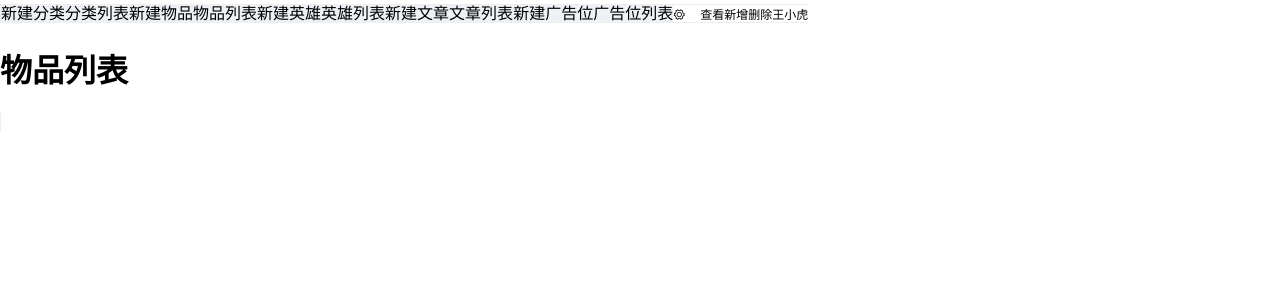
Repository: zqw980624/aaa
Page: /hero/list (app in admin/)
An editor plug-in stored every save of this project. The page is shown before and after the next save, followed by the edit.
The browser window is 1280 px wide. The pictures show the whole page.
The page's requests for data from a server got no answer. The project was rebuilt for these pictures with package versions that can differ from the ones it lists, and the page was loaded fresh each time. No one was signed in, and anything a server would have sent is missing. Also part of the build but not shown: admin/src/views/CategoryEditor.vue, admin/src/views/CategoryList.vue, admin/src/views/ItemEditor.vue, admin/src/views/ItemList.vue, admin/src/views/HeroEditor.vue, admin/src/views/ArticleEditor.vue, admin/src/views/ArticleList.vue, admin/src/views/AdsEditor.vue and 1 more. Imported but missing from the stored project, and not drawn on this page: admin/src/plugins/element.js.

Above is the page before, as saved 2020-03-09 22:26:48.

### admin/src/main.js
import Vue from 'vue';
import App from './App.vue';
import './plugins/element.js'
import router from './router'

Vue.config.productionTip = false;

import http from "./http"
Vue.prototype.$http = http

new Vue({
  router,
  render: (h) => h(App)
}).$mount('#app');

### admin/src/App.vue
<template>
  <div id="app">
   <router-view></router-view>
  </div>
</template>

<style>
  html,body{
    margin: 0;
    padding: 0;
  }
</style>

### admin/src/router/index.js
import Vue from 'vue'
import VueRouter from 'vue-router'
import Main from '../views/Main.vue'
import CategoryEditor from '../views/CategoryEditor.vue'
import CategoryList from '../views/CategoryList.vue'

import ItemEditor from '../views/ItemEditor.vue'
import ItemList from '../views/ItemList.vue'

import HeroEditor from '../views/HeroEditor.vue'
import HeroList from '../views/HeroList.vue'

import ArticleEditor from '../views/ArticleEditor.vue'
import ArticleList from '../views/ArticleList.vue'

import AdsEditor from '../views/AdsEditor.vue'
import AdsList from '../views/AdsList.vue'
Vue.use(VueRouter)

const routes = [
  {
    path: '/',
    name: 'Main',
    component: Main,
    children:[
      {path:"category/create",component:CategoryEditor},
      {path:"category/editor/:id",component:CategoryEditor,props:true},
      {path:"category/list",component:CategoryList},

      {path:"item/create",component:ItemEditor},
      {path:"item/editor/:id",component:ItemEditor,props:true},
      {path:"item/list",component:ItemList},

      {path:"hero/create",component:HeroEditor},
      {path:"hero/editor/:id",component:HeroEditor,props:true},
      {path:"hero/list",component:HeroList},

      {path:"article/create",component:ArticleEditor},
      {path:"article/editor/:id",component:ArticleEditor,props:true},
      {path:"article/list",component:ArticleList},

      {path:"ad/create",component:AdsEditor},
      {path:"ad/editor/:id",component:AdsEditor,props:true},
      {path:"ad/list",component:AdsList},


    ]
  }
]

const router = new VueRouter({
  mode: 'history',
  base: process.env.BASE_URL,
  routes
})

export default router

### admin/src/http.js
import axios from "axios";

const http = axios.create({
    baseURL:"http://localhost:3000/admin/api"
})

export default http

### admin/src/views/Main.vue

<template>
  <el-container style="height: 100vh; border: 1px solid #eee">
    <el-aside width="200px" style="background-color: rgb(238, 241, 246)">
      <el-menu router :default-active="$route.path" :default-openeds="['1']" unique-opened background-color="#404040" text-color="#aaa" active-text-color="#ff4238">
        <el-submenu index="1">
          <template slot="title">
            <i class="el-icon-message"></i>内容管理
          </template>
          <el-menu-item-group>
            <template slot="title">分类</template>
            <el-menu-item index="/category/create">新建分类</el-menu-item>
            <el-menu-item index="/category/list">分类列表</el-menu-item>
          </el-menu-item-group>
          <el-menu-item-group>
            <template slot="title">物品</template>
            <el-menu-item index="/item/create">新建物品</el-menu-item>
            <el-menu-item index="/item/list">物品列表</el-menu-item>
          </el-menu-item-group>


        </el-submenu>
        <el-submenu index="2">
          <template slot="title">
            <i class="el-icon-message"></i>系统管理
          </template>
          <el-menu-item-group>
            <template slot="title">英雄</template>
            <el-menu-item index="/hero/create">新建英雄</el-menu-item>
            <el-menu-item index="/hero/list">英雄列表</el-menu-item>
          </el-menu-item-group>

          <el-menu-item-group>
            <template slot="title">文章</template>
            <el-menu-item index="/article/create">新建文章</el-menu-item>
            <el-menu-item index="/article/list">文章列表</el-menu-item>
          </el-menu-item-group>
           <el-menu-item-group>
            <template slot="title">广告位</template>
            <el-menu-item index="/ad/create">新建广告位</el-menu-item>
            <el-menu-item index="/ad/list">广告位列表</el-menu-item>
          </el-menu-item-group>
        </el-submenu>
      </el-menu>
    </el-aside>

    <el-container>
      <el-header style="text-align: right; font-size: 12px">
        <el-dropdown>
          <i class="el-icon-setting" style="margin-right: 15px"></i>
          <el-dropdown-menu slot="dropdown">
            <el-dropdown-item>查看</el-dropdown-item>
            <el-dropdown-item>新增</el-dropdown-item>
            <el-dropdown-item>删除</el-dropdown-item>
          </el-dropdown-menu>
        </el-dropdown>
        <span>王小虎</span>
      </el-header>

      <el-main>
        <router-view></router-view>
      </el-main>
    </el-container>
  </el-container>
</template>

<style>
.el-header {
  background-color: #b3c0d1;
  color: #333;
  line-height: 60px;
}

.el-aside {
  color: #333;
}
</style>

### admin/src/views/HeroList.vue
<template>
  <div>
    <h1>物品列表</h1>
    <el-table :data="items">
      <el-table-column prop="_id" label="ID"></el-table-column>
      <el-table-column prop="name" label="角色"></el-table-column>

      <el-table-column  label="头像">
         <template slot-scope="scope">
         <el-image :src="scope.row.avator"></el-image>
        </template>
      </el-table-column>
      <el-table-column label="操作">
        <template slot-scope="scope">
          <el-button size="mini" @click="$router.push(`/hero/editor/${scope.row._id}`)">编辑</el-button>
          <el-button size="mini" type="danger" @click="remove( scope.row)">删除</el-button>
        </template>
      </el-table-column>
    </el-table>
  </div>
</template>

<script>
export default {
  data() {
    return {
      items: []
    };
  },
  methods: {
    async fetch() {

      let res = await this.$http.get("/rest/hero");

      console.log(res.data)
      this.items = res.data;

    },
    async remove(row) {
      this.$confirm(`是否删除分类"${row.name}"?`, "提示", {
        confirmButtonText: "确定",
        cancelButtonText: "取消",
        type: "warning"
      })
        .then(async () => {
          let res = await this.$http({
            method: "delete",
            url: `/rest/hero/${row._id}`
          });
          if (res.data) {
            this.$message({
              type: "success",
              message: "删除成功!"
            });
            this.fetch();
          }
        })
        .catch(() => {
          this.$message({
            type: "info",
            message: "已取消删除"
          });
        });
    }
  },
  created() {
    this.fetch();
  }
};
</script>

Loaded but not shown: admin/public/index.html (common file)

After the next save:
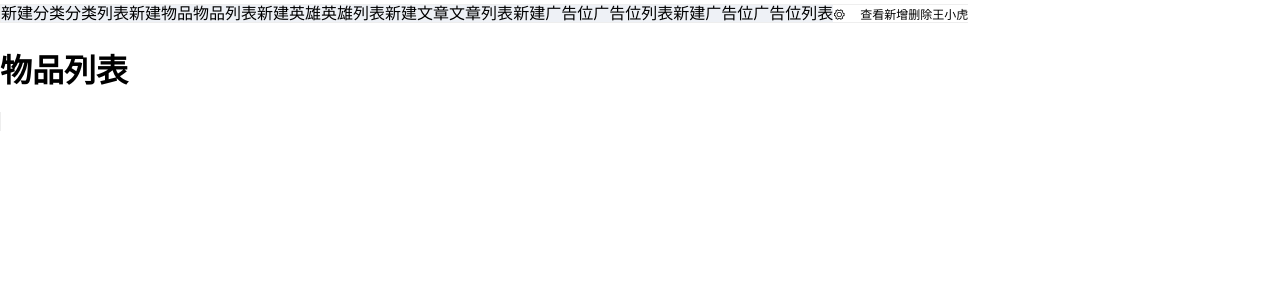
Saved 67 s later.
--- a/admin/src/views/Main.vue
+++ b/admin/src/views/Main.vue
@@ -41,6 +41,14 @@
             <el-menu-item index="/ad/list">广告位列表</el-menu-item>
           </el-menu-item-group>
         </el-submenu>
+         <el-submenu index="2">
+
+           <el-menu-item-group>
+            <template slot="title">管理员管理</template>
+            <el-menu-item index="/ad/create">新建广告位</el-menu-item>
+            <el-menu-item index="/ad/list">广告位列表</el-menu-item>
+          </el-menu-item-group>
+        </el-submenu>
       </el-menu>
     </el-aside>
 
